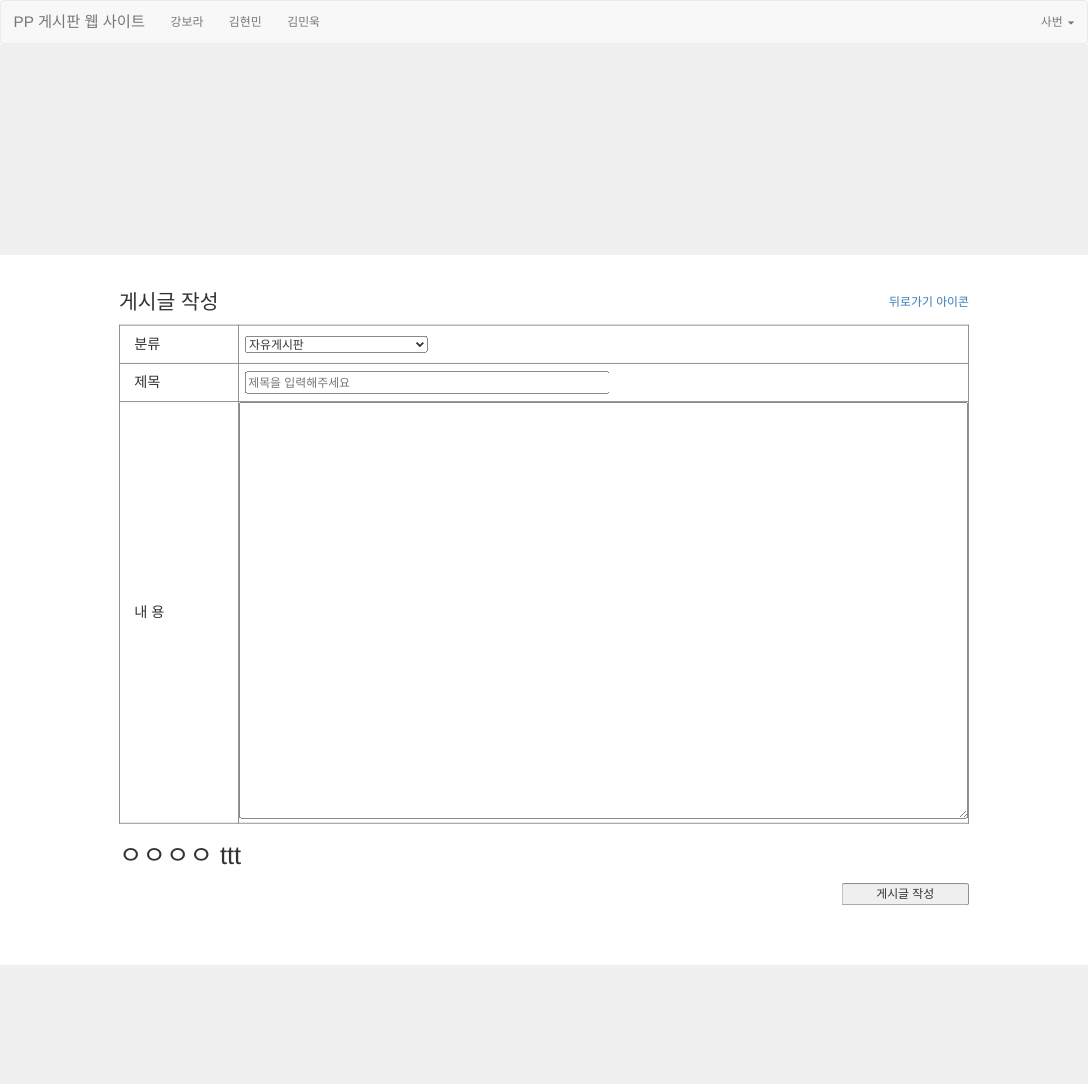
Repository: hyunminini/CommunityPage
Page: http://localhost/PP_Project/boardWrite.jsp
An editor plug-in stored every save of this project. The page is shown before and after the next save, followed by the edit.
The browser window is 1280 px wide. The pictures show the whole page, at 85% of full size.
Some web libraries are served in a nearby version. The page is served by Tomcat 9.

Above is the page before, as saved 2022-09-28 05:48:04.

After the next save:
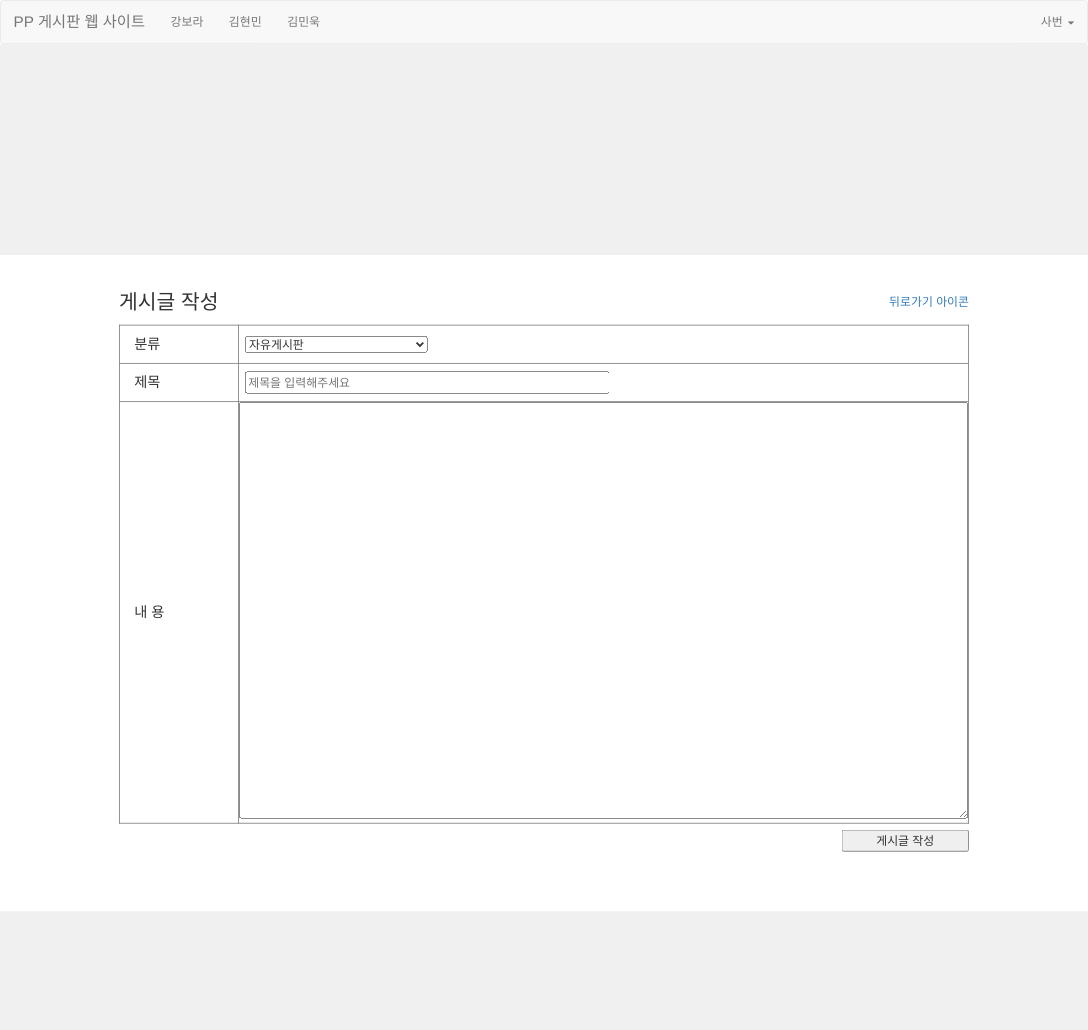
Saved 14 s later.
--- a/PP_Project/WebContent/boardWrite.jsp
+++ b/PP_Project/WebContent/boardWrite.jsp
@@ -122,8 +122,8 @@ function checkValid() {
     	</tr>
 	</table>
 	<input type="hidden" name="board_cnum" value="${board_cnum}"></input>
-	<input type="hidden" name="empno" value="${SessionScope.empno}"></input>
-	<h2>ㅇㅇㅇㅇ ${param.empno} ttt ${sessionScope.empno}</h2>
+	<input type="hidden" name="empno" value="${sessionScope.empno}"></input>
+
 
 	<div class="btn-wrap">
 		<input class="submit" type="submit" value="게시글 작성">
